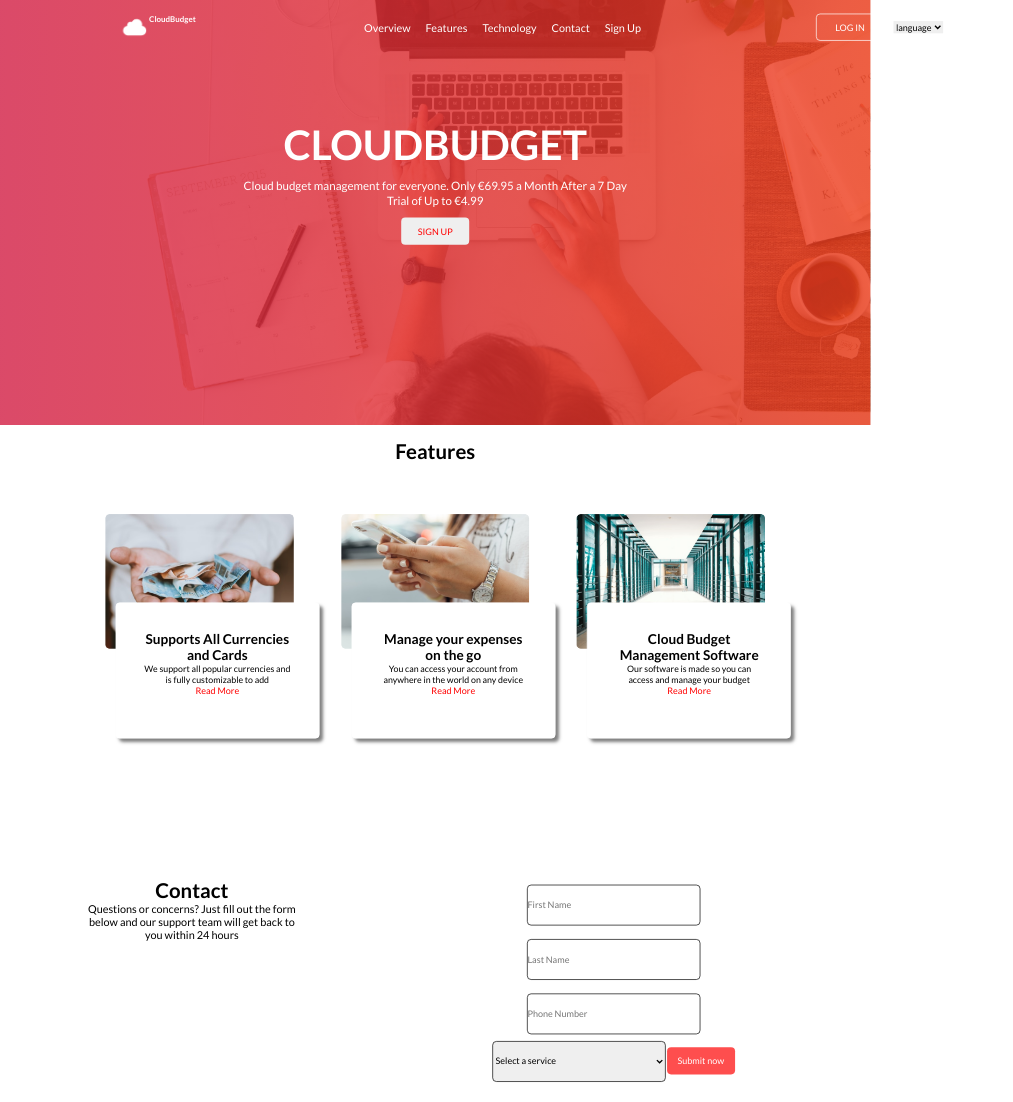
Repository: havvanurrana/website3
Page: index.html
These files come from the project's save history. The page is drawn as it stood at one moment and after the next save; the edit follows.
The browser window is 1280 px wide. The page is 1490 px wide, so the pictures cover 1490 px, including what lies to the right of the window. The pictures show the whole page, at 68% of full size.

Above is the page before, as saved 2024-08-01 19:32:37.

After the next save:
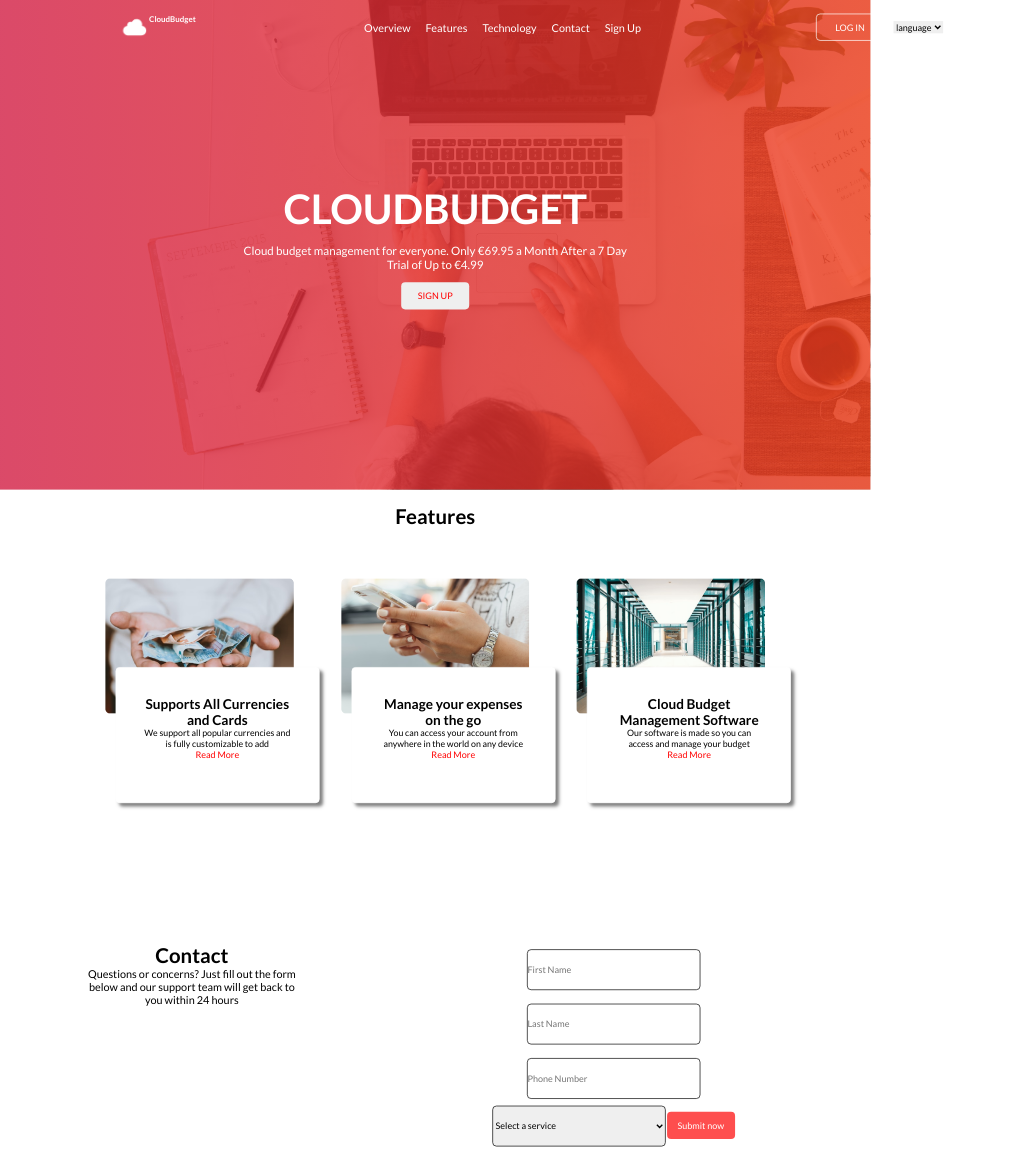
Saved 49 s later.
--- a/style.css
+++ b/style.css
@@ -71,7 +71,7 @@ h1{
    background:  url(../assets/image1.png)
    no-repeat;
    background-size: cover;
-   margin-top: -9.5rem;
+  /* margin-top: -9.5rem;*/
 }
 
 .overview-section .content {
